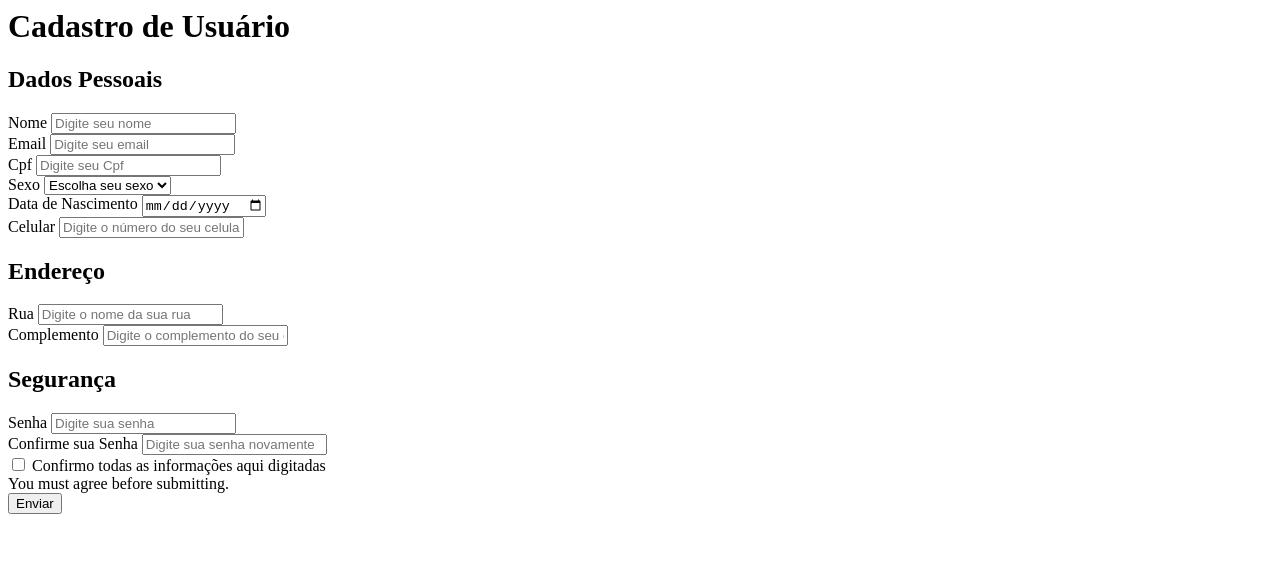
Repository: formatech2018/BRUNNO-S-FILMES
Page: sistema.filmes/src/main/webapp/resources/html/cadastro.html
An editor plug-in stored every save of this project. The page is shown before and after the next save, followed by the edit.
The browser window is 1280 px wide. The pictures show the whole page.

Above is the page before, as saved 2018-08-05 23:34:44.

After the next save:
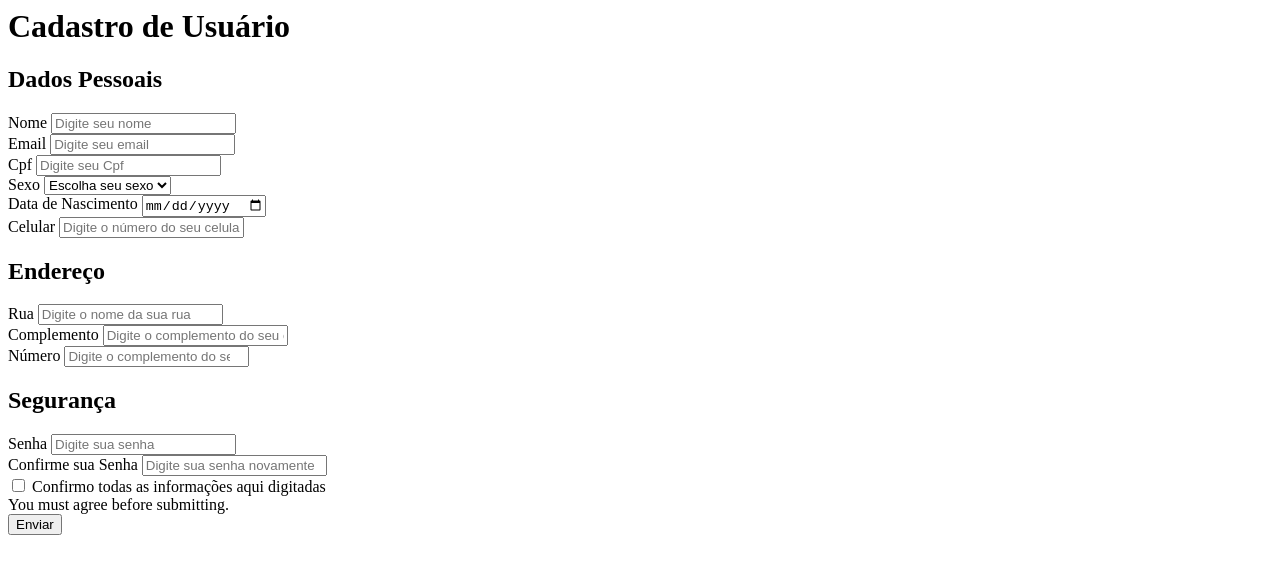
Saved 48 s later.
--- a/sistema.filmes/src/main/webapp/resources/html/cadastro.html
+++ b/sistema.filmes/src/main/webapp/resources/html/cadastro.html
@@ -62,6 +62,11 @@
 			<input type="text" name="complemento" class="form-control"
 				placeholder="Digite o complemento do seu endereço">
 		</div>
+		<div class="col">
+			<label for="colFormLabel" class="col-sm-8 col-form-label">Número</label>
+			<input type="number" name="numero" class="form-control"
+				placeholder="Digite o complemento do seu endereço">
+		</div>
 	</div>
 	<div id="seguranca">
 		<h2 id="titulo-segurança">Segurança</h2>
